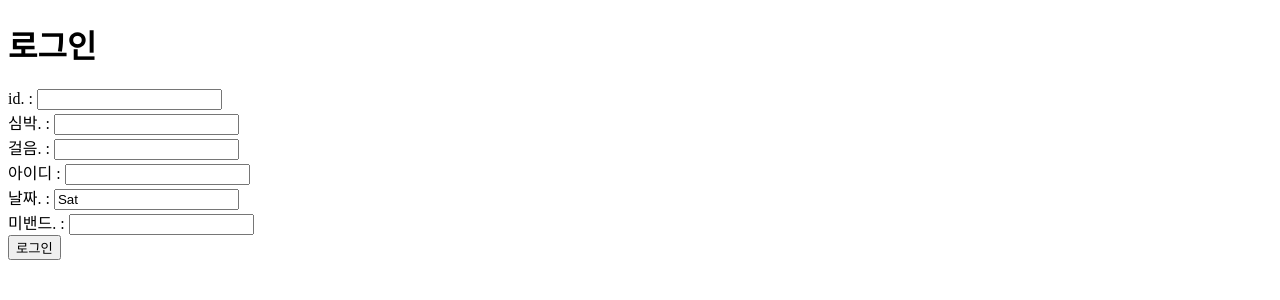
Repository: hynjin/SilverKeeper
Page: http://localhost/sk_server/connect.jsp
An editor plug-in stored every save of this project. The page is shown before and after the next save, followed by the edit.
The browser window is 1280 px wide. The pictures show the whole page.
The page is served by Tomcat 9.

Above is the page before, as saved 2017-05-12 21:28:59.

After the next save:
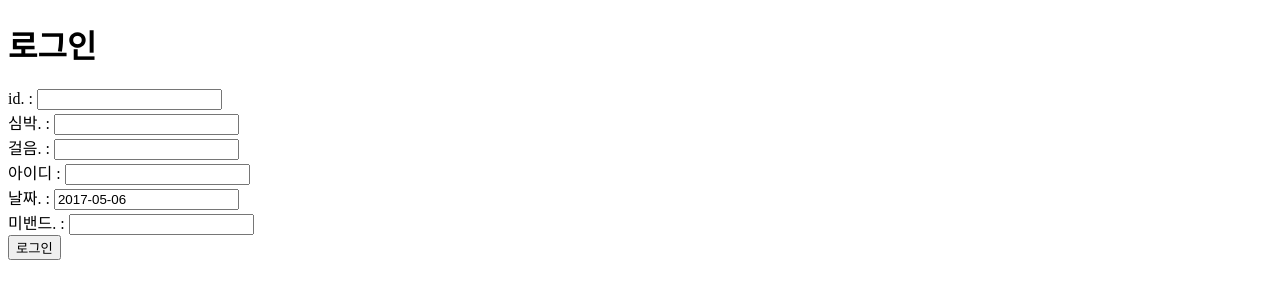
Saved 93 s later.
--- a/sk_tomcat/sk_server/WebContent/connect.jsp
+++ b/sk_tomcat/sk_server/WebContent/connect.jsp
@@ -21,7 +21,7 @@
 심박. : <input type="text" name="heartRate"/><br/>
 걸음. : <input type="text" name="walkCount"><br/>
 아이디 : <input type="text" name="identifyNumber"/><br/>
-날짜. : <input type="text" name="currentTime" value=<%=date%>><br/>
+날짜. : <input type="text" name="currentTime" value=<%=formatDate%>><br/>
 미밴드. : <input type="text" name="checkMiBand"/><br/>
 <input type="submit" value="로그인"/>
 </form>

After the save that followed:
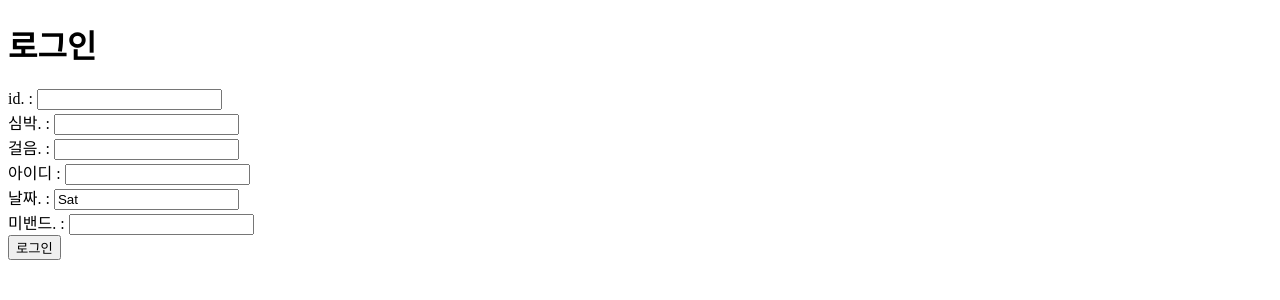
Saved 111 s later.
--- a/sk_tomcat/sk_server/WebContent/connect.jsp
+++ b/sk_tomcat/sk_server/WebContent/connect.jsp
@@ -14,6 +14,7 @@
 String formatDate=dateFormat.format(nowDate);
 //현재의 날짜와 시간에 yyyy년 MM월dd일 형식을 format()메소드를 사용해서 적용
 Date date = new Date(System.currentTimeMillis());
+System.out.println(date);
  %>
 <h1>로그인 </h1>
 <form action="receiveSilverData" method="post">
@@ -21,7 +22,7 @@
 심박. : <input type="text" name="heartRate"/><br/>
 걸음. : <input type="text" name="walkCount"><br/>
 아이디 : <input type="text" name="identifyNumber"/><br/>
-날짜. : <input type="text" name="currentTime" value=<%=formatDate%>><br/>
+날짜. : <input type="text" name="currentTime" value=<%=date%>><br/>
 미밴드. : <input type="text" name="checkMiBand"/><br/>
 <input type="submit" value="로그인"/>
 </form>
